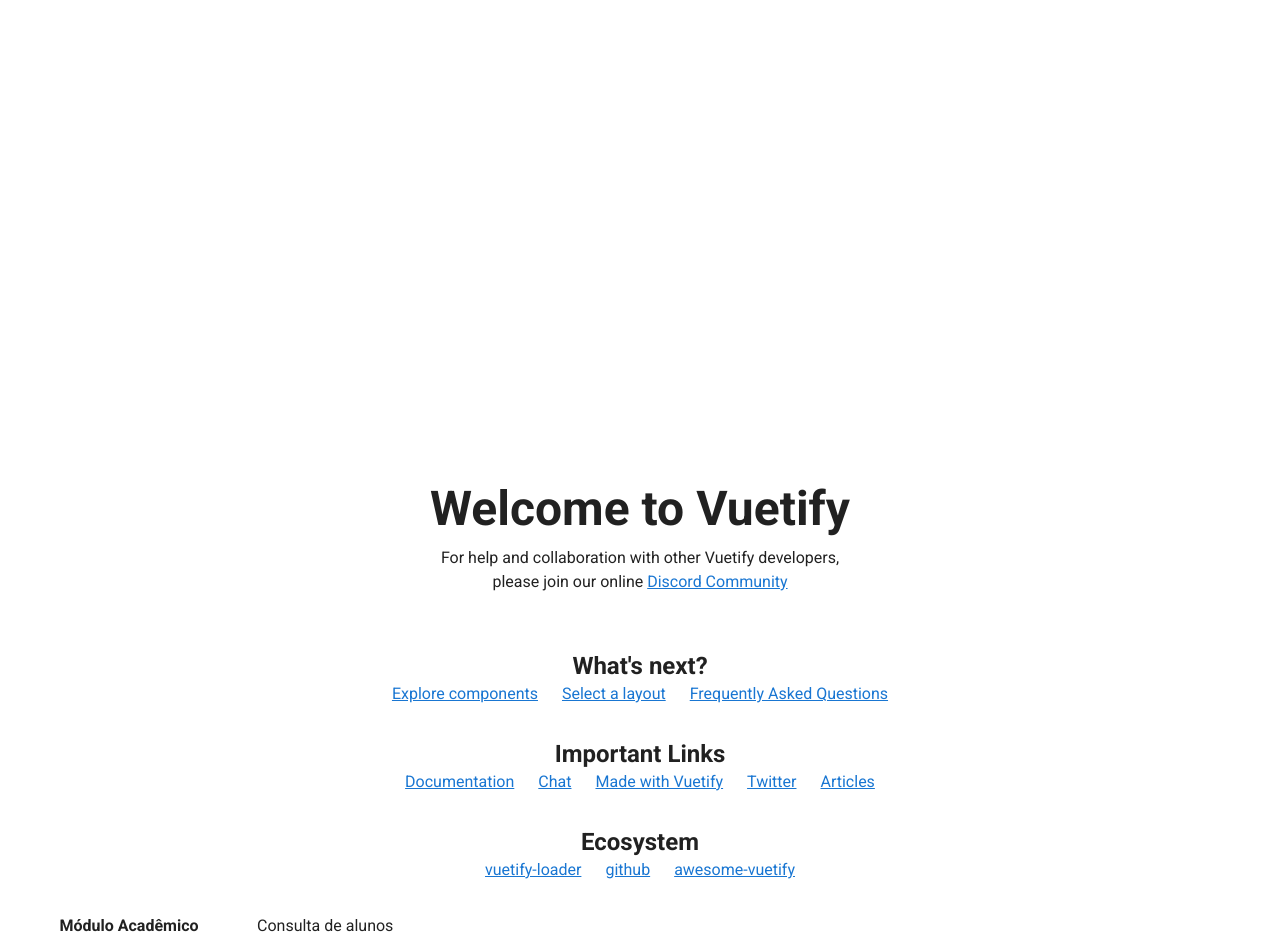
Repository: sergiohidekiono/vue-student
Page: /
These files come from the project's save history. The page is drawn as it stood at one moment and after the next save; the edit follows.
The browser window is 1280 px wide. The pictures show the whole page.
The project was rebuilt for these pictures with package versions that can differ from the ones it lists, and the page was loaded fresh each time. Also part of the build but not shown: vue.config.js.

Above is the page before, as saved 2024-08-07 09:10:31.

After the next save:
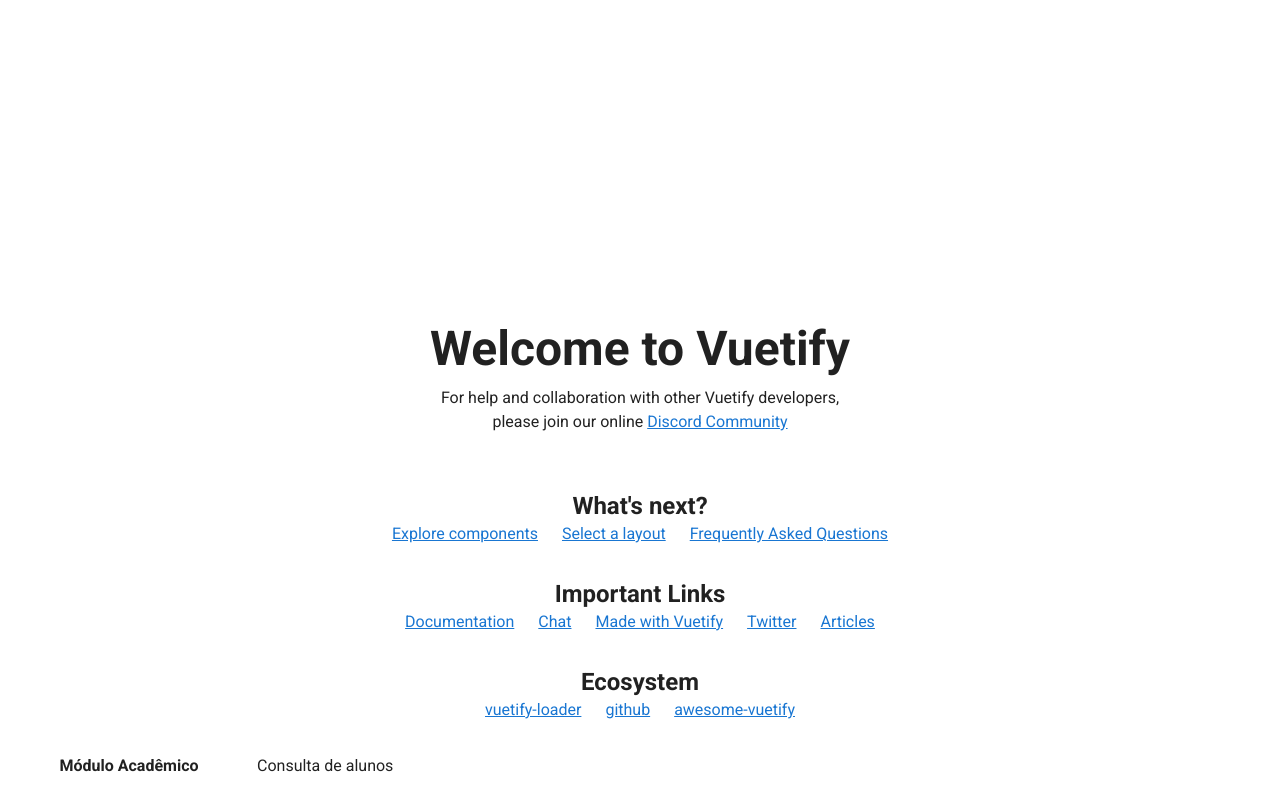
Saved 6 s later.
--- a/src/App.vue
+++ b/src/App.vue
@@ -1,7 +1,7 @@
 <template>
   <v-app>
     <div class="d-flex align-start">
-      <v-img :src="require('./assets/logo.png')" class="my-3" contain height="200" />
+      <v-img :src="require('./assets/logo.png')" class="my-3" contain height="40" />
     </div>
 
     <v-main>
